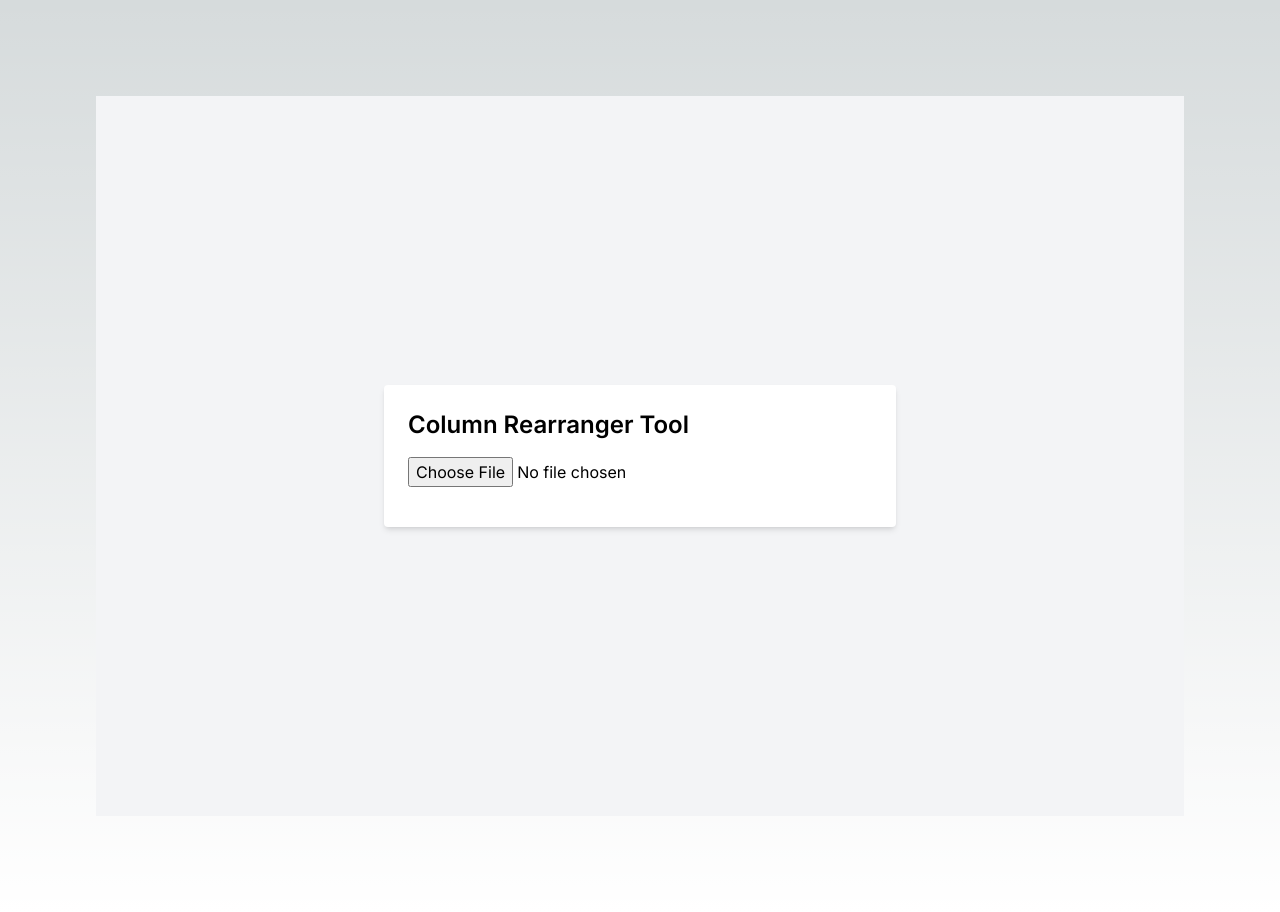
Repository: Wilderness-Committee/ColumnRearranger
Page: /
An editor plug-in stored every save of this project. The page is shown before and after a run of saves, followed by the edit.
The browser window is 1280 px wide. The pictures show the whole page.
The project was rebuilt for these pictures with package versions that can differ from the ones it lists, and the page was loaded fresh each time. The framework's server and built-in components were replaced by stand-ins that run in the browser. Also part of the build but not shown: next.config.mjs.

Above is the page before, as saved 2024-05-28 08:41:35.

After the next 2 saves:
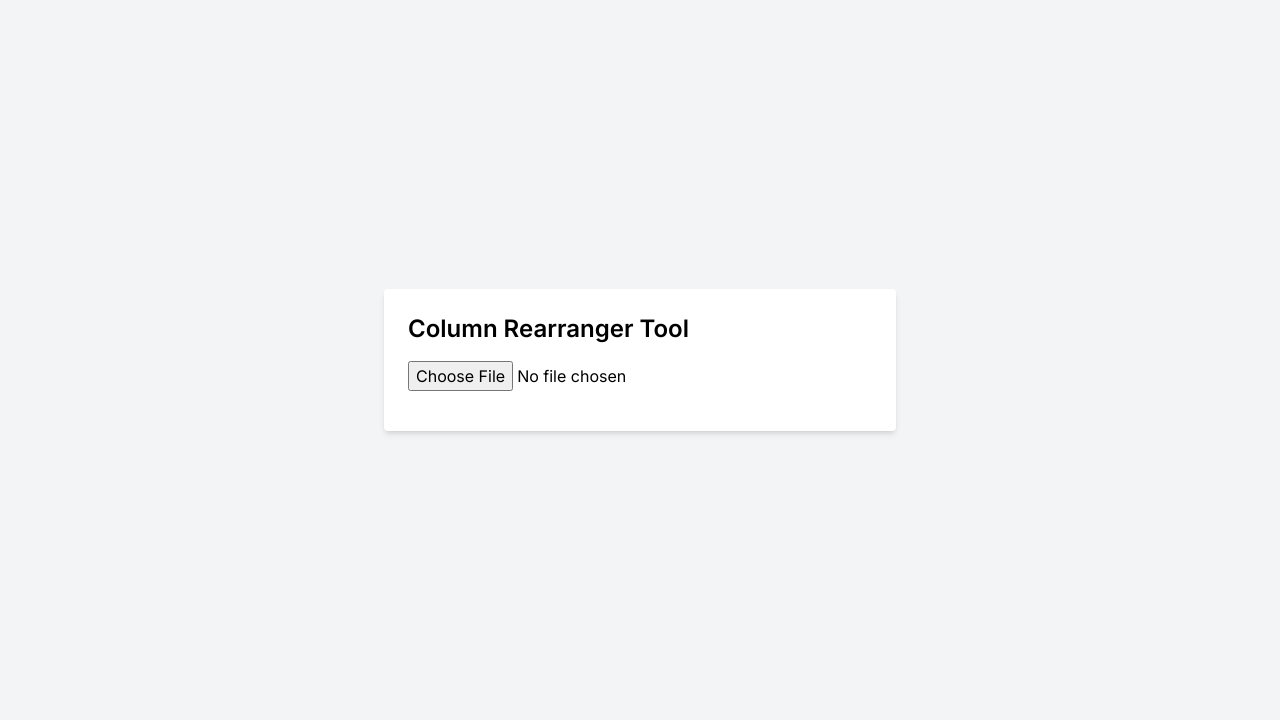
The 2 saves are shown as one change because they came seconds apart.
The last was saved 8 s later.
--- a/app/page.tsx
+++ b/app/page.tsx
@@ -4,8 +4,8 @@ import ColumnRearranger from "./components/ColumnRearranger";
 
 export default function Home() {
   return (
-    <main className="flex-1 items-center justify-between p-24">
-          <ColumnRearranger />
+    <main className="flex-1 items-center justify-center">
+      <ColumnRearranger />
     </main>
   );
 }
